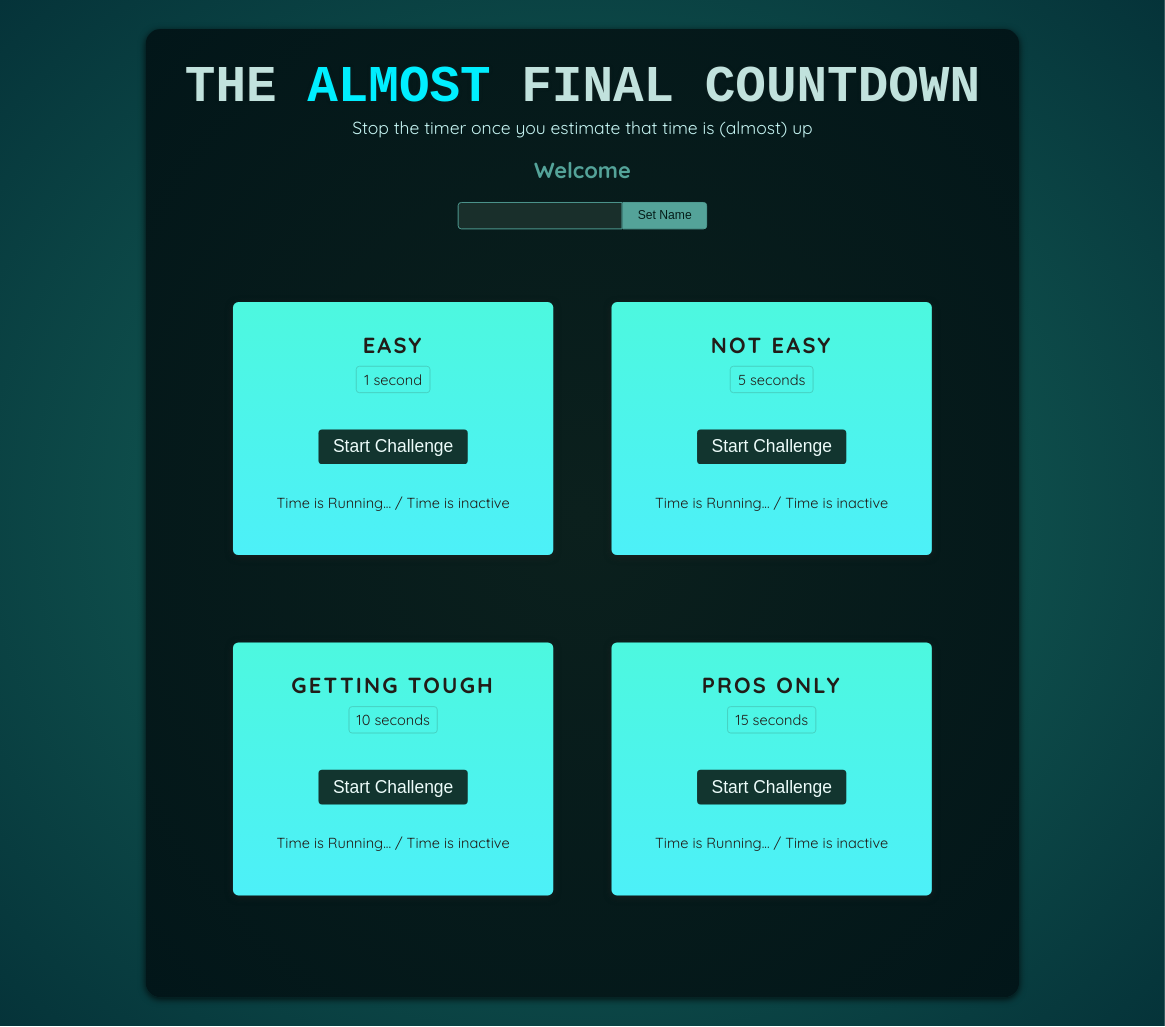
Repository: theshariqueanwer/reactjsts
Page: / (app in react-refs-and-portals/)
The author's editor kept a copy of each file at every save. The page is drawn from the files as they stood at one save, then again after the next save.
The browser window is 1280 px wide. The pictures show the whole page, at 91% of full size.
Some web fonts or font styles are not loaded; a fallback is used. The project was rebuilt for these pictures with package versions that can differ from the ones it lists, and the page was loaded fresh each time. Also part of the build but not shown: react-refs-and-portals/vite.config.js, react-refs-and-portals/src/components/Player.jsx, react-refs-and-portals/src/components/PlayerWithRefWithoutState.jsx.

Above is the page before, as saved 2024-01-31 00:22:42.

### react-refs-and-portals/src/App.jsx
import Player from './components/Player.jsx';
import PlayerWithRef from './components/PlayerWithRef.jsx';
import PlayerWithRefWithoutState from './components/PlayerWithRefWithoutState.jsx';
import TimerChallenge from './components/TimerChallenge.jsx';

function App() {
  return (
    <>
      {/* <Player /> */}
      <PlayerWithRef />
      {/* <PlayerWithRefWithoutState /> */}
      <div id="challenges">
        <TimerChallenge title="Easy" targetTime={1} />
        <TimerChallenge title="Not Easy" targetTime={5} />
        <TimerChallenge title="Getting Tough" targetTime={10} />
        <TimerChallenge title="Pros Only" targetTime={15} />
      </div>
    </>
  );
}

export default App;

### react-refs-and-portals/src/components/PlayerWithRef.jsx
import { useRef, useState } from "react";

export default function PlayerWithRef() {

  const playerName = useRef();

  const [enteredPlayerName, setEnteredPlayerName] = useState('');

  function handleClick() {
    setEnteredPlayerName(playerName.current.value);
    playerName.current.value= '';
  }

  return (
    <section id="player">
      <h2>Welcome {enteredPlayerName ?? "unknown entity"}</h2>
      <p>
        <input
          type="text"
          ref={playerName}
        />
        <button onClick={handleClick}>Set Name</button>
      </p>
    </section>
  );
}

### react-refs-and-portals/src/components/TimerChallenge.jsx
import { useState } from "react";

export default function TimerChallenge({title, targetTime}) {


    const [timeExpired, setTimeExpired] = useState(false)

    function handleStart() {
        setTimeout( () => {
            setTimeExpired(true)
        }, targetTime * 1000 );
    }
    return <section className="challenge" >
        <h2>{title}</h2>
        {timeExpired && <p>You Lost!</p>}
        <p className="challenge-time" >
            {targetTime} second{ targetTime > 1 ? 's': '' }
        </p>
        <p>
            <button>
                Start Challenge
            </button>
        </p>
        <p className="" >
            Time is Running... / Time is inactive
        </p>
    </section>
}

Loaded but not shown: react-refs-and-portals/index.html (common file); react-refs-and-portals/src/main.jsx (common file); react-refs-and-portals/src/index.css (common file)

After the next save:
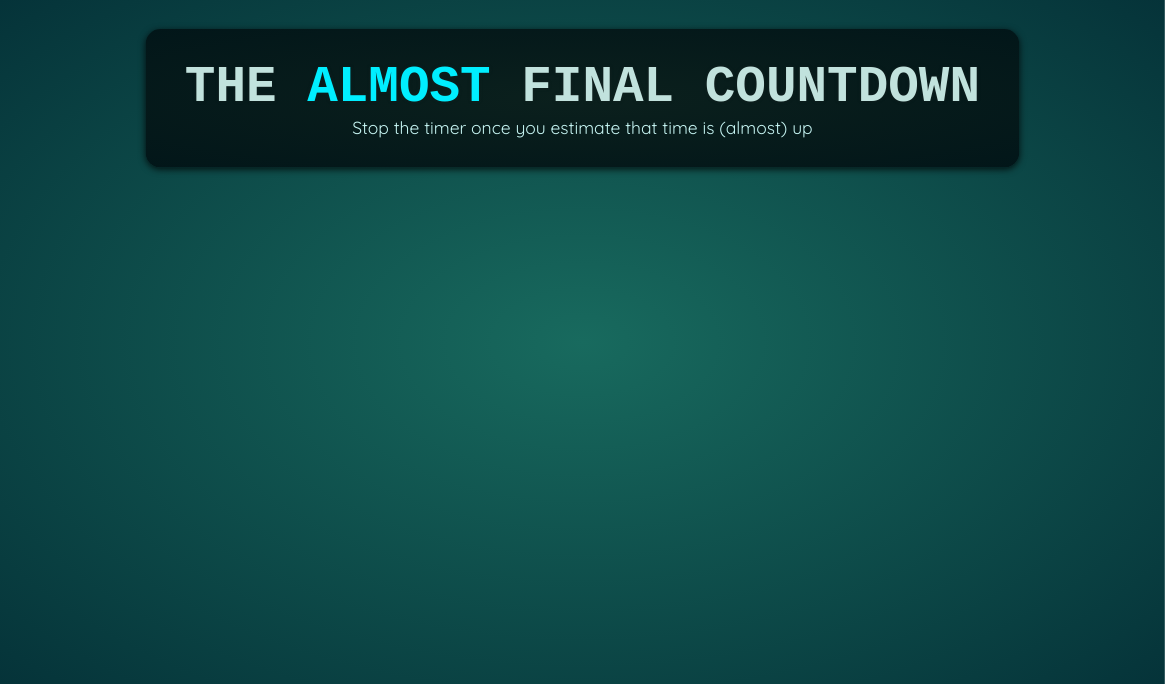
Console error: ReferenceError: timeExpired is not defined
Saved 4 min 43 s later.
--- a/react-refs-and-portals/src/components/TimerChallenge.jsx
+++ b/react-refs-and-portals/src/components/TimerChallenge.jsx
@@ -3,12 +3,17 @@
 export default function TimerChallenge({title, targetTime}) {
 
 
-    const [timeExpired, setTimeExpired] = useState(false)
+    const [timerStarted, setTimerStarted] = useState(false)
+    const [timerExpired, setTimerExpired] = useState(false)
 
     function handleStart() {
+        // setTimerStarted(true) // we write here or down below
+
         setTimeout( () => {
-            setTimeExpired(true)
+            setTimerExpired(true)
         }, targetTime * 1000 );
+
+        setTimerStarted(true) // we write here or up before
     }
     return <section className="challenge" >
         <h2>{title}</h2>

After the 2 saves that followed:
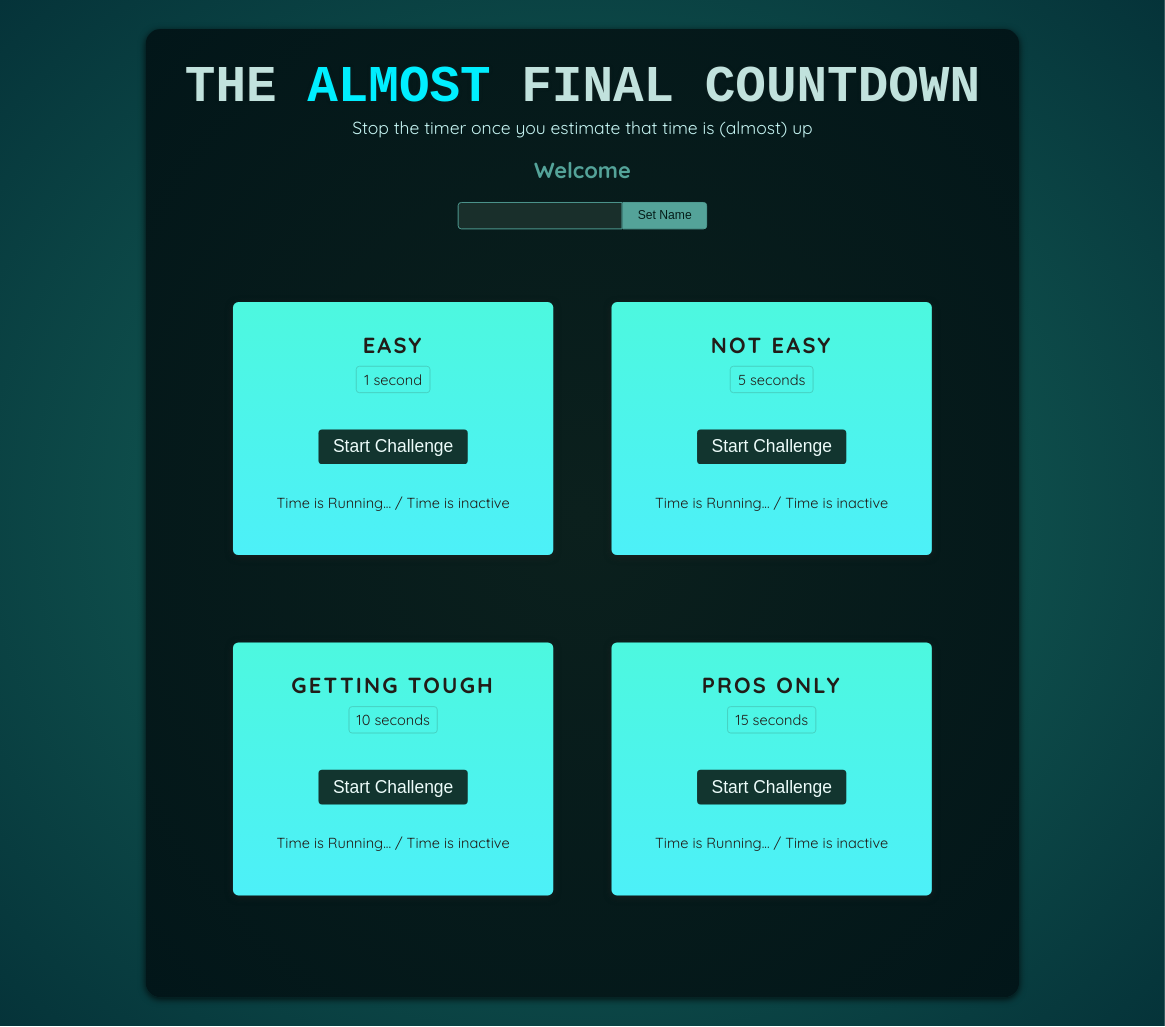
The error is gone.
The 2 saves are shown as one change because 1 left the picture as it was.
The last was saved 67 s later.
--- a/react-refs-and-portals/src/components/TimerChallenge.jsx
+++ b/react-refs-and-portals/src/components/TimerChallenge.jsx
@@ -17,12 +17,12 @@
     }
     return <section className="challenge" >
         <h2>{title}</h2>
-        {timeExpired && <p>You Lost!</p>}
+        {timerExpired && <p>You Lost!</p>}
         <p className="challenge-time" >
             {targetTime} second{ targetTime > 1 ? 's': '' }
         </p>
         <p>
-            <button>
+            <button onClick={handleStart}>
                 Start Challenge
             </button>
         </p>
